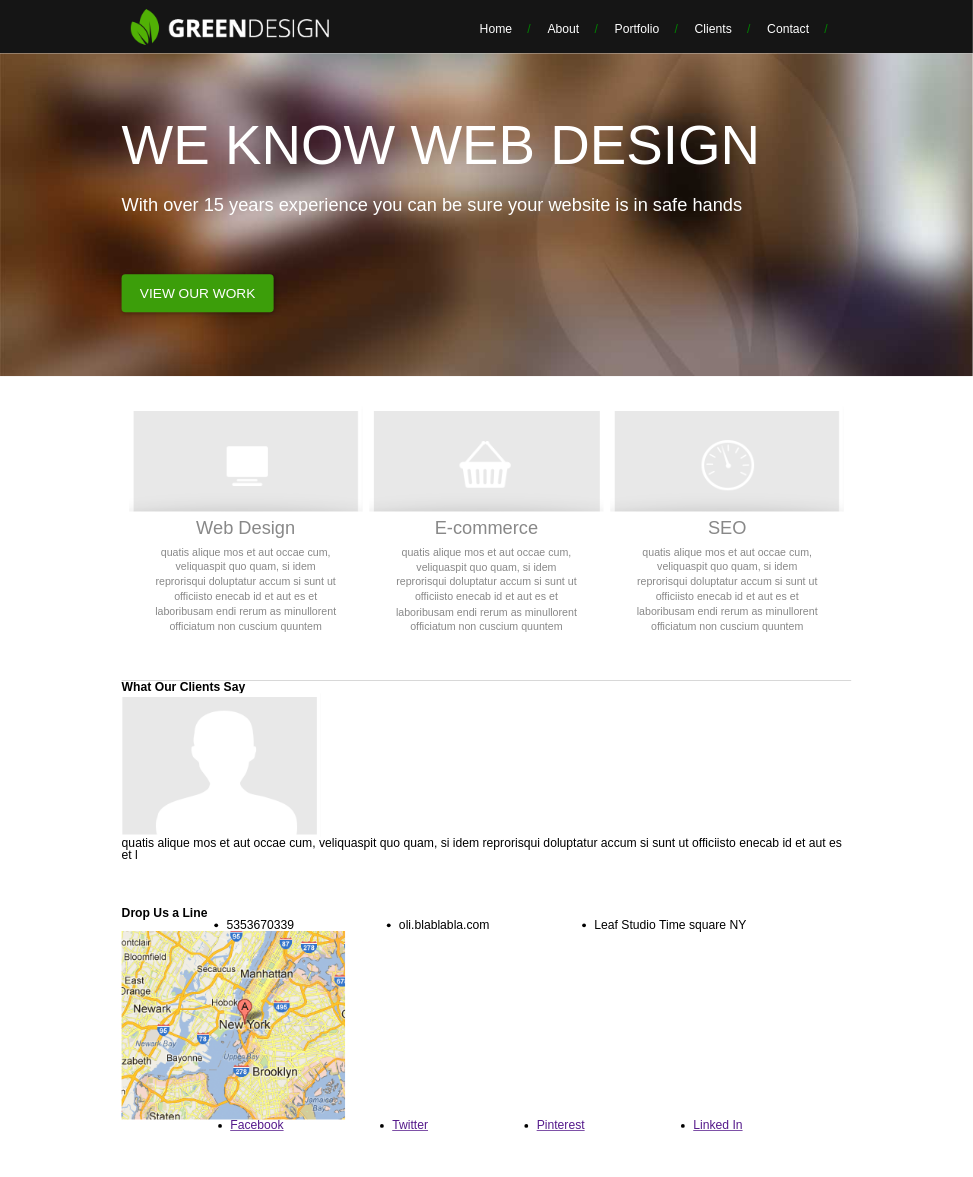
Repository: Piterwk1/psd-to-html
Page: website/index.html
These files come from the project's save history. The page is drawn as it stood at one moment and after the next save; the edit follows.
The browser window is 1280 px wide. The pictures show the whole page, at 76% of full size.

Above is the page before, as saved 2021-09-14 21:29:27.

After the next save:
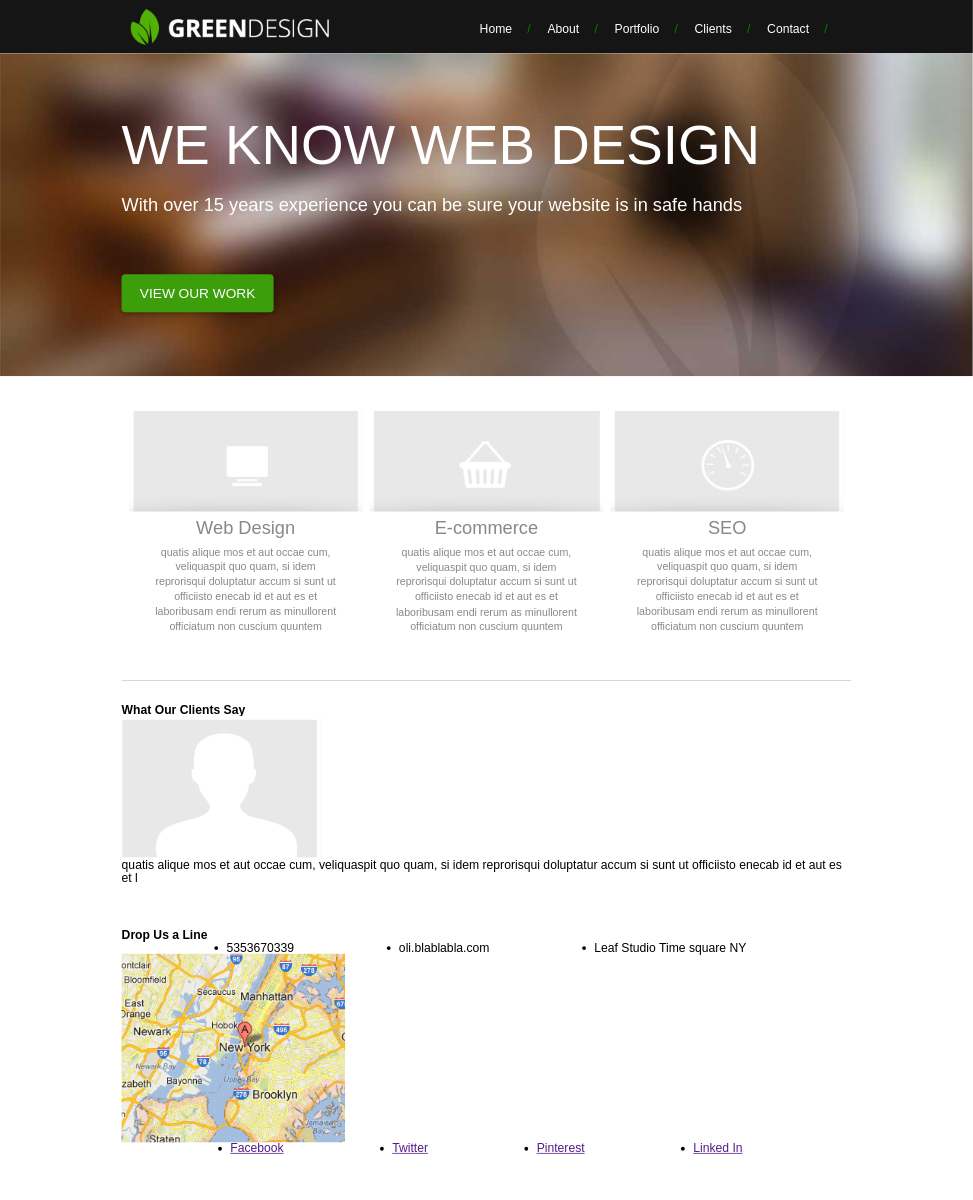
Saved 40 s later.
--- a/website/style.css
+++ b/website/style.css
@@ -324,4 +324,5 @@ section ul {
 
 #clients {
     border-top: 1px solid #ccc;
-}
+    padding-top: 30px;
+}
